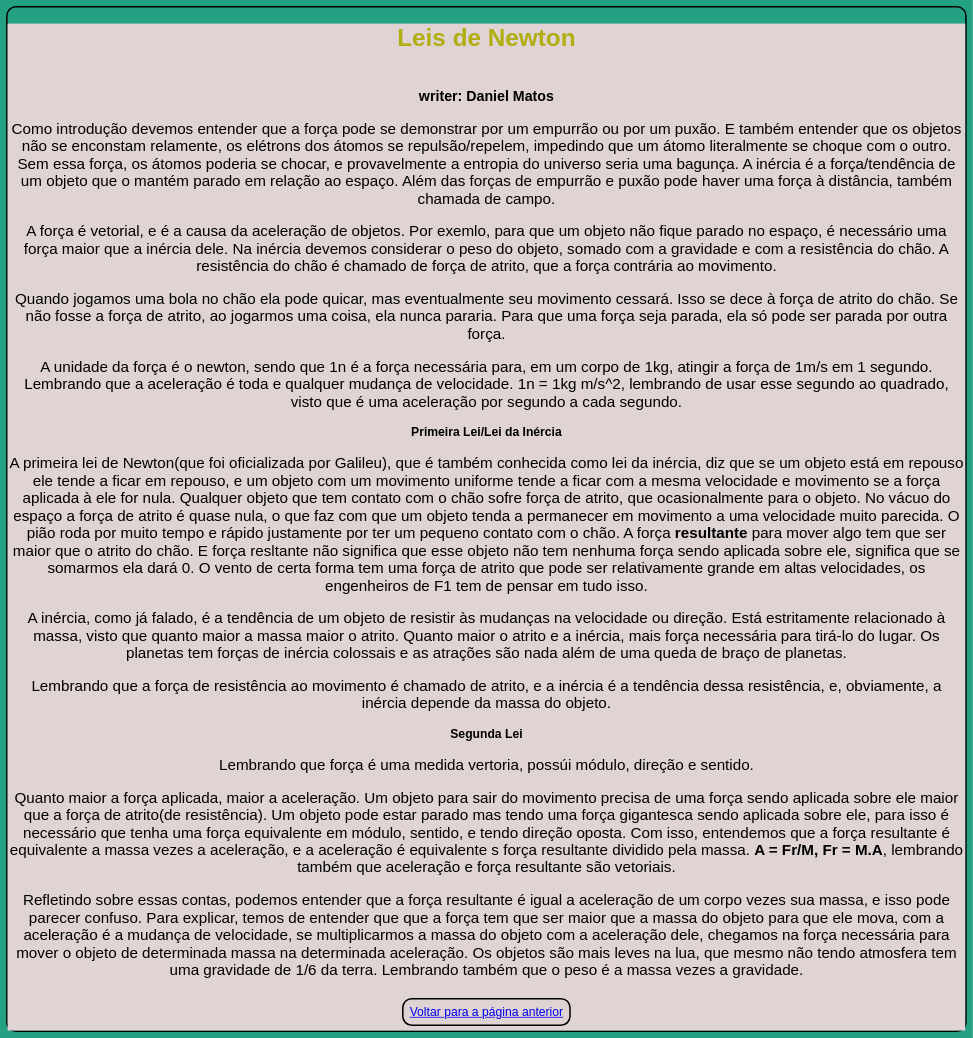
Repository: batmit/FutureFundation.github.io-1
Page: menu/articles/fisica/newton_laws.html
These files come from the project's save history. The page is drawn as it stood at one moment and after the next save; the edit follows.
The browser window is 1280 px wide. The pictures show the whole page, at 76% of full size.

Above is the page before, as saved 2022-01-22 11:16:23.

### menu/articles/fisica/newton_laws.html
<!DOCTYPE html>
<html lang="en">
<head>
    <meta charset="UTF-8">
    <meta http-equiv="X-UA-Compatible" content="IE=edge">
    <meta name="viewport" content="width=device-width, initial-scale=1.0">
    <title>Leis de Newton</title>
    <link rel="stylesheet" href="/menu/main.css">
</head>
<body>
    <div id="all">
        <header>
            <h1>Leis de Newton</h1>
            <h3>writer: Daniel Matos</h3>
        </header>
        <p>Como introdução devemos entender que a força pode se demonstrar por um empurrão ou por um puxão. E também entender que os objetos não se enconstam relamente, os elétrons dos átomos se repulsão/repelem, impedindo que um átomo literalmente se choque com o outro. Sem essa força, os átomos poderia se chocar, e provavelmente a entropia do universo seria uma bagunça. A inércia é a força/tendência de um objeto que o mantém parado em relação ao espaço. Além das forças de empurrão e puxão pode haver uma força à distância, também chamada de campo.  </p>

        <p>A força é vetorial, e é a causa da aceleração de objetos. Por exemlo, para que um objeto não fique parado no espaço, é necessário uma força maior que a inércia dele. Na inércia devemos considerar o peso do objeto, somado com a gravidade e com a resistência do chão. A resistência do chão é chamado de força de atrito, que a força contrária ao movimento. </p>

        <p>Quando jogamos uma bola no chão ela pode quicar, mas eventualmente seu movimento cessará. Isso se dece à força de atrito do chão. Se não fosse a força de atrito, ao jogarmos uma coisa, ela nunca pararia. Para que uma força seja parada, ela só pode ser parada por outra força.  </p>

        <p>A unidade da força é o newton, sendo que 1n é a força necessária para, em um corpo de 1kg, atingir a força de 1m/s em 1 segundo. Lembrando que a aceleração é toda e qualquer mudança de velocidade. 1n = 1kg m/s^2, lembrando de usar esse segundo ao quadrado, visto que é uma aceleração por segundo a cada segundo. </p>

        <strong>Primeira Lei/Lei da Inércia</strong>
        <p>A primeira lei de Newton(que foi oficializada por Galileu), que é também conhecida como lei da inércia, diz que se um objeto está em repouso ele tende a ficar em repouso, e um objeto com um movimento uniforme tende a ficar com a mesma velocidade e movimento se a força aplicada à ele for nula. Qualquer objeto que tem contato com o chão sofre força de atrito, que ocasionalmente para o objeto. No vácuo do espaço a força de atrito é quase nula, o que faz com que um objeto tenda a permanecer em movimento a uma velocidade muito parecida. O pião roda por muito tempo e rápido justamente por ter um pequeno contato com o chão. A força <strong>resultante</strong> para mover algo tem que ser maior que o atrito do chão. E força resltante não significa que esse objeto não tem nenhuma força sendo aplicada sobre ele, significa que se somarmos ela dará 0. O vento de certa forma tem uma força de atrito que pode ser relativamente grande em altas velocidades, os engenheiros de F1 tem de pensar em tudo isso.  </p>

        <p>A inércia, como já falado, é a tendência de um objeto de resistir às mudanças na velocidade ou direção. Está estritamente relacionado à massa, visto que quanto maior a massa maior o atrito. Quanto maior o atrito e a inércia, mais força necessária para tirá-lo do lugar. Os planetas tem forças de inércia colossais e as atrações são nada além de uma queda de braço de planetas. </p>
        <p>Lembrando que a força de resistência ao movimento é chamado de atrito, e a inércia é a tendência dessa resistência, e, obviamente, a inércia depende da massa do objeto.</p>

        <strong>Segunda Lei</strong>
        <p>Lembrando que força é uma medida vertoria, possúi módulo, direção e sentido. </p>
        <p>Quanto maior a força aplicada, maior a aceleração. Um objeto para sair do movimento precisa de uma força sendo aplicada sobre ele maior que a força de atrito(de resistência). Um objeto pode estar parado mas tendo uma força gigantesca sendo aplicada sobre ele, para isso é necessário que tenha uma força equivalente em módulo, sentido, e tendo direção oposta. Com isso, entendemos que a força resultante é equivalente a massa vezes a aceleração, e a aceleração é equivalente s força resultante dividido pela massa. <strong>A = Fr/M, Fr = M.A</strong>, lembrando também que aceleração e força resultante são vetoriais. </p>
        <p>Refletindo sobre essas contas, podemos entender que a força resultante é igual a aceleração de um corpo vezes sua massa, e isso pode parecer confuso. Para explicar, temos de entender que que a força tem que ser maior que a massa do objeto para que ele mova, com a aceleração é a mudança de velocidade, se multiplicarmos a massa do objeto com a aceleração dele, chegamos na força necessária para mover o objeto de determinada massa na determinada aceleração. Os objetos são mais leves na lua, que mesmo não tendo atmosfera tem uma gravidade de 1/6 da terra. Lembrando também que o peso é a massa vezes a gravidade.  </p>



        <a href="./fisica.html">Voltar para a página anterior</a>
    </div>
</body>
</html>

### menu/main.css
body{

    text-align: center;

    border: black 2px solid;

    border-radius: 0.8rem;

    font-family: 'Ubuntu', arial;

    background-color: rgb(36, 161, 130);


}

#articles {
    gap: 3px;
}

#all{

    background-color: rgb(223, 211, 211);

}


#codigo{
    text-align:left;

}


img{
    text-align: center;
    justify-content: center;

}

p{
    font-size: 20px;
    font-family: 'Ubuntu', arial;
}

a{
    border: 2px solid black;

    border-radius: 0.8rem;

    box-sizing: border-box;

    padding: 0.5rem;

    line-height:3rem;

    margin: 2px;


}

a:hover{

    background-color:#F0FFFF;

}

h1{

    margin-bottom: 3rem;

    color: rgb(177, 174, 17);

}

audio {
    -webkit-transition:all 0.5s linear;
    -moz-transition:all 0.5s linear;
    -o-transition:all 0.5s linear;
    transition:all 0.5s linear;
    -moz-box-shadow: 2px 2px 4px 0px #006773;
    -webkit-box-shadow:  2px 2px 4px 0px #006773;
    box-shadow: 2px 2px 4px 0px #006773;
    -moz-border-radius:7px 7px 7px 7px ;
    -webkit-border-radius:7px 7px 7px 7px ;
    border-radius:7px 7px 7px 7px ;
}

audio:hover, audio:focus, audio:active {

-webkit-box-shadow: 15px 15px 20px rgba(0,0, 0, 0.4);
-moz-box-shadow: 15px 15px 20px rgba(0,0, 0, 0.4);
box-shadow: 15px 15px 20px rgba(0,0, 0, 0.4);
-webkit-transform: scale(1.05);
-moz-transform: scale(1.05);
transform: scale(1.05);

}



@media (max-width: 900px) {


    a{

        display: block;
        line-height: 0.5rem;
        padding: 1rem;

    }

    #img{
        text-align: right;
    }

}

@media (prefers-color-scheme: dark) {
    #all{

        background-color: rgb(90, 73, 73);

    }

    h1{
        color: white
    }

    p{
        color: white;
    }

    a{
        background-color: aqua;
    }

    h3{
        color: white;
    }

    strong {
        color: white;
    }


}

After the next save:
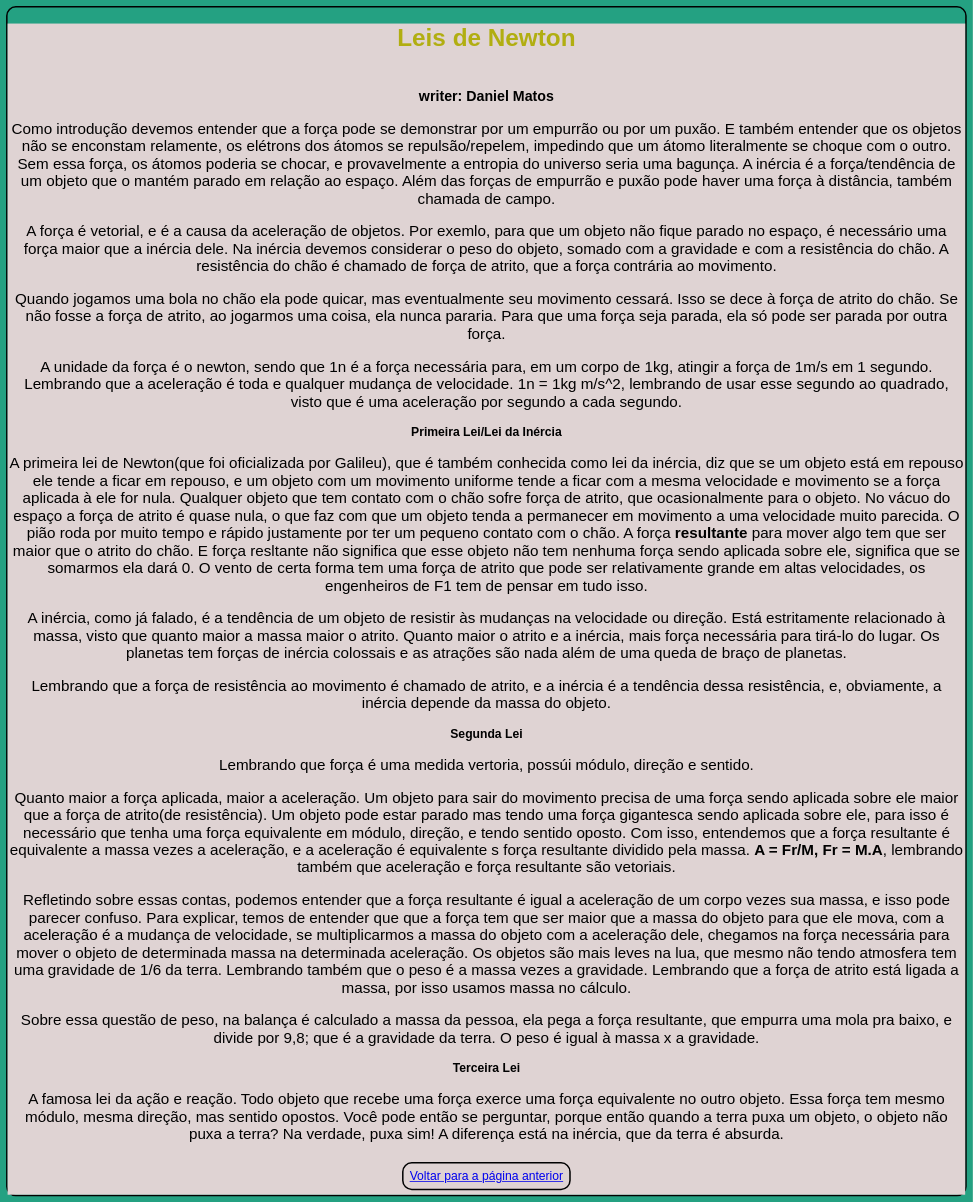
Saved 10 min 8 s later.
--- a/menu/articles/fisica/newton_laws.html
+++ b/menu/articles/fisica/newton_laws.html
@@ -29,9 +29,13 @@
 
         <strong>Segunda Lei</strong>
         <p>Lembrando que força é uma medida vertoria, possúi módulo, direção e sentido. </p>
-        <p>Quanto maior a força aplicada, maior a aceleração. Um objeto para sair do movimento precisa de uma força sendo aplicada sobre ele maior que a força de atrito(de resistência). Um objeto pode estar parado mas tendo uma força gigantesca sendo aplicada sobre ele, para isso é necessário que tenha uma força equivalente em módulo, sentido, e tendo direção oposta. Com isso, entendemos que a força resultante é equivalente a massa vezes a aceleração, e a aceleração é equivalente s força resultante dividido pela massa. <strong>A = Fr/M, Fr = M.A</strong>, lembrando também que aceleração e força resultante são vetoriais. </p>
-        <p>Refletindo sobre essas contas, podemos entender que a força resultante é igual a aceleração de um corpo vezes sua massa, e isso pode parecer confuso. Para explicar, temos de entender que que a força tem que ser maior que a massa do objeto para que ele mova, com a aceleração é a mudança de velocidade, se multiplicarmos a massa do objeto com a aceleração dele, chegamos na força necessária para mover o objeto de determinada massa na determinada aceleração. Os objetos são mais leves na lua, que mesmo não tendo atmosfera tem uma gravidade de 1/6 da terra. Lembrando também que o peso é a massa vezes a gravidade.  </p>
+        <p>Quanto maior a força aplicada, maior a aceleração. Um objeto para sair do movimento precisa de uma força sendo aplicada sobre ele maior que a força de atrito(de resistência). Um objeto pode estar parado mas tendo uma força gigantesca sendo aplicada sobre ele, para isso é necessário que tenha uma força equivalente em módulo, direção, e tendo sentido oposto. Com isso, entendemos que a força resultante é equivalente a massa vezes a aceleração, e a aceleração é equivalente s força resultante dividido pela massa. <strong>A = Fr/M, Fr = M.A</strong>, lembrando também que aceleração e força resultante são vetoriais. </p>
+        <p>Refletindo sobre essas contas, podemos entender que a força resultante é igual a aceleração de um corpo vezes sua massa, e isso pode parecer confuso. Para explicar, temos de entender que que a força tem que ser maior que a massa do objeto para que ele mova, com a aceleração é a mudança de velocidade, se multiplicarmos a massa do objeto com a aceleração dele, chegamos na força necessária para mover o objeto de determinada massa na determinada aceleração. Os objetos são mais leves na lua, que mesmo não tendo atmosfera tem uma gravidade de 1/6 da terra. Lembrando também que o peso é a massa vezes a gravidade.  Lembrando que a força de atrito está ligada a massa, por isso usamos massa no cálculo. </p>
 
+        <p>Sobre essa questão de peso, na balança é calculado a massa da pessoa, ela pega a força resultante, que empurra uma mola pra baixo, e divide por 9,8; que é a gravidade da terra. O peso é igual à massa x a gravidade.</p>
+
+        <strong>Terceira Lei</strong>
+        <p>A famosa lei da ação e reação. Todo objeto que recebe uma força exerce uma força equivalente no outro objeto. Essa força tem mesmo módulo, mesma direção, mas sentido opostos. Você pode então se perguntar, porque então quando a terra puxa um objeto, o objeto não puxa a terra? Na verdade, puxa sim! A diferença está na inércia, que da terra é absurda. </p>
 
 
         <a href="./fisica.html">Voltar para a página anterior</a>
